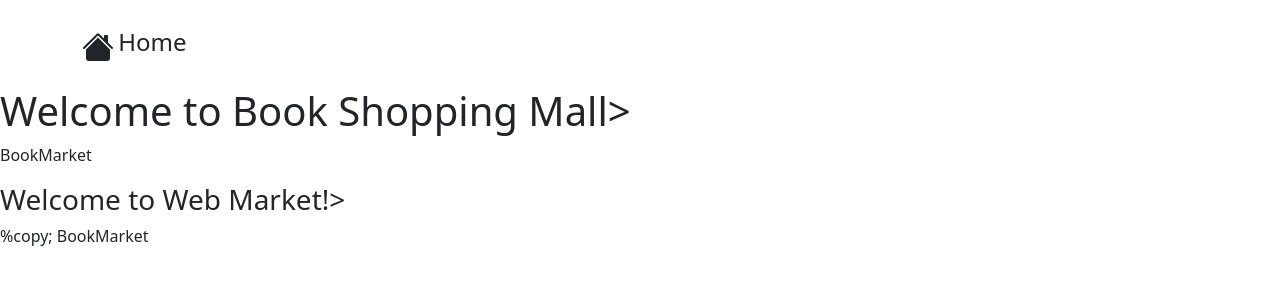
Repository: sanghyunlee7680/JSP-practice
Page: http://localhost/bookmarket/
The author's editor kept a copy of each file at every save. The page is drawn from the files as they stood at one save, then again after the next save.
The browser window is 1280 px wide. The pictures show the whole page.
The page is served by Tomcat 10. Other server files are loaded and not shown.

Above is the page before, as saved 2024-10-08 02:29:12.

### bookmarket/src/main/webapp/welcome.jsp
<%@ page language="java" contentType="text/html; charset=UTF-8"
    pageEncoding="UTF-8"%>
<!DOCTYPE html>
<html>
<head>
<meta charset="UTF-8">
<title>Insert title here</title>
<link href="https://cdn.jsdelivr.net/npm/bootstrap@5.3.0-alpha1/dist/css/bootstrap.min.css" rel="stylesheet">
</head>
<body>
	<div>
		<header class="container py-4">
			<a>
				<svg  width="32" height="32" fill="currentColor" class="bi bi-house-fill" viewBox="0 0 16 16">
            		<path d="M8.707 1.5a1 1 0 0 0-1.414 0L.646 8.146a.5.5 0 0 0 .708.708L8 2.207l6.646 6.647a.5.5 0 0 0 .708-.708L13 5.793V2.5a.5.5 0 0 0-.5-.5h-1a.5.5 0 0 0-.5.5v1.293L8.707 1.5Z"/>
            		<path d="m8 3.293 6 6V13.5a1.5 1.5 0 0 1-1.5 1.5h-9A1.5 1.5 0 0 1 2 13.5V9.293l6-6Z"/>
        		</svg>
        		<span class="fs-4">Home</span>
			</a>
		</header>
		<%!
		String greeting = "Welcome to Book Shopping Mall";
		String tagline = "Welcome to Web Market!";
		%>
		<div>
			<h1><%=greeting  %>></h1>
			<p>BookMarket</p>
		</div>
		<div>
			<div>
				<div>
					<h3><%=tagline  %>></h3>
				</div>
			</div>
		</div>
		<footer>
			%copy; BookMarket
		</footer>
	</div>

</body>
</html>

After the next save:
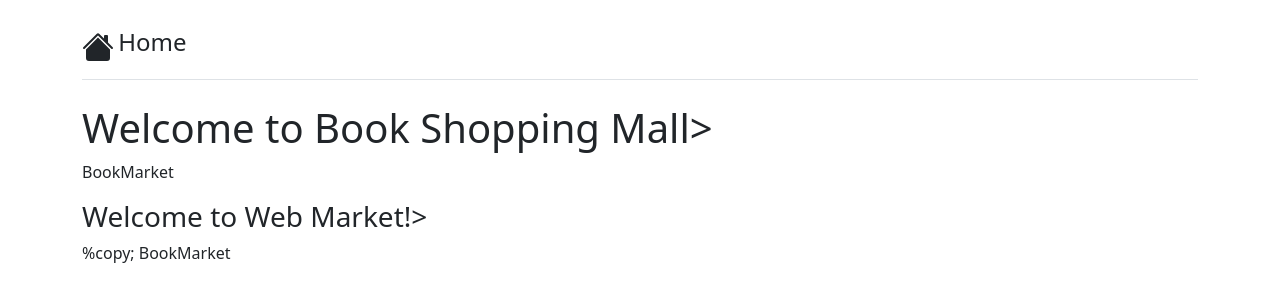
Saved 34 s later.
--- a/bookmarket/src/main/webapp/welcome.jsp
+++ b/bookmarket/src/main/webapp/welcome.jsp
@@ -8,8 +8,8 @@
 <link href="https://cdn.jsdelivr.net/npm/bootstrap@5.3.0-alpha1/dist/css/bootstrap.min.css" rel="stylesheet">
 </head>
 <body>
-	<div>
-		<header class="container py-4">
+	<div class="container py-4">
+		<header class="pb-3 mb-4 border-bottom">
 			<a>
 				<svg  width="32" height="32" fill="currentColor" class="bi bi-house-fill" viewBox="0 0 16 16">
             		<path d="M8.707 1.5a1 1 0 0 0-1.414 0L.646 8.146a.5.5 0 0 0 .708.708L8 2.207l6.646 6.647a.5.5 0 0 0 .708-.708L13 5.793V2.5a.5.5 0 0 0-.5-.5h-1a.5.5 0 0 0-.5.5v1.293L8.707 1.5Z"/>
